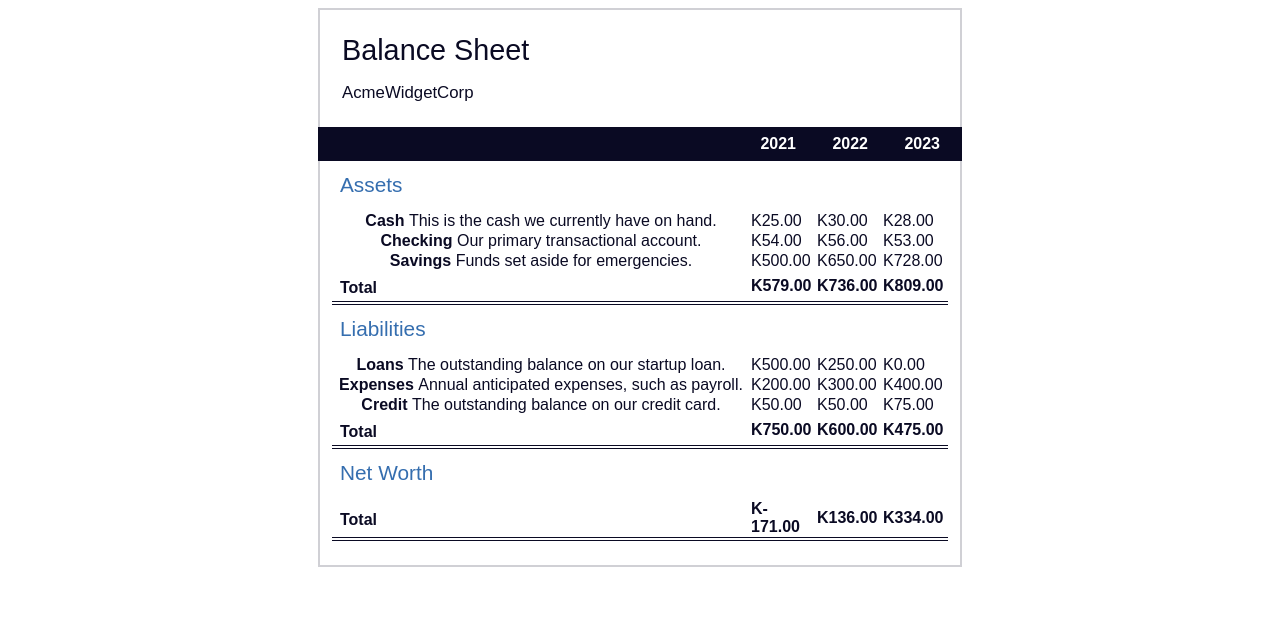
Repository: Lungdjos/balance_shee
Page: index.html
The author's editor kept a copy of each file at every save. The page is drawn from the files as they stood at one save, then again after the next save.
The browser window is 1280 px wide. The pictures show the whole page.

Above is the page before, as saved 2023-11-04 23:12:26.

### index.html
<!DOCTYPE html>
<html lang="en">

<head>
    <meta charset="UTF-8">
    <meta name="viewport" content="width=device-width, initial-scale=1.0">
    <title>Balance Sheet</title>
    <link rel="stylesheet" href="styles.css">
</head>

<body>
    <main>
        <section>
            <h1>
                <span class="flex">
                <span>AcmeWidgetCorp</span>
                <span>Balance Sheet</span>
                </span>
            </h1>
            <div id="years" aria-hidden="true">
                <span class="year">2021</span>
                <span class="year">2022</span>
                <span class="year">2023</span>
            </div>
            <div class="table-wrap">
                <table>
                    <caption>Assets</caption>
                    <thead>
                        <tr>
                            <td></td>
                            <th><span class="sr-only year">2021</span></th>
                            <th><span class="sr-only year">2022</span></th>
                            <th class="current"><span class="sr-only year">2023</span></th>
                        </tr>
                    </thead>
                    <tbody>
                        <tr class="data">
                            <th>
                                Cash <span class="description">This is the cash we currently have on hand.</span>
                            </th>
                            <td>K25.00</td>
                            <td>K30.00</td>
                            <td class="current">K28.00</td>
                        </tr>
                        <tr class="data">
                            <th>
                                Checking <span class="description">Our primary transactional account.</span>
                            </th>
                            <td>K54.00</td>
                            <td>K56.00</td>
                            <td class="current">K53.00</td>
                        </tr>
                        <tr class="data">
                            <th>
                                Savings <span class="description">Funds set aside for emergencies.</span>
                            </th>
                            <td>K500.00</td>
                            <td>K650.00</td>
                            <td class="current">K728.00</td>
                        </tr>
                        <tr class="total">
                            <th>
                                Total <span class="sr-only">Assets</span>
                            </th>
                            <td>K579.00</td>
                            <td>K736.00</td>
                            <td class="current">K809.00</td>
                        </tr>
                    </tbody>
                </table>
                <table>
                    <caption>Liabilities</caption>
                    <thead>
                        <tr>
                            <td></td>
                            <th><span class="sr-only">2021</span></th>
                            <th><span class="sr-only">2022</span></th>
                            <th><span class="sr-only">2023</span></th>
                        </tr>
                    </thead>
                    <tbody>
                        <tr class="data">
                            <th>
                                Loans <span class="description">The outstanding balance on our startup loan.</span>
                            </th>
                            <td>K500.00</td>
                            <td>K250.00</td>
                            <td class="current">K0.00</td>
                        </tr>
                        <tr class="data">
                            <th>
                                Expenses <span class="description">Annual anticipated expenses, such as payroll.</span>
                            </th>
                            <td>K200.00</td>
                            <td>K300.00</td>
                            <td class="current">K400.00</td>
                        </tr>
                        <tr class="data">
                            <th>
                                Credit <span class="description">The outstanding balance on our credit card.</span>
                            </th>
                            <td>K50.00</td>
                            <td>K50.00</td>
                            <td class="current">K75.00</td>
                        </tr>
                        <tr class="total">
                            <th>
                                Total <span class="sr-only">Liabilities</span>
                            </th>
                            <td>K750.00</td>
                            <td>K600.00</td>
                            <td class="current">K475.00</td>
                        </tr>
                    </tbody>
                </table>
                <table>
                    <caption>Net Worth</caption>
                    <thead>
                        <tr>
                            <td></td>
                            <th><span class="sr-only">2021</span></th>
                            <th><span class="sr-only">2022</span></th>
                            <th><span class="sr-only">2023</span></th>
                        </tr>
                    </thead>
                    <tbody>
                        <tr class="total">
                            <th>
                                Total <span class="sr-only">Net Worth</span>
                            </th>
                            <td>K-171.00</td>
                            <td>K136.00</td>
                            <td class="current">K334.00</td>
                        </tr>
                    </tbody>
                </table>
            </div>
        </section>
    </main>
</body>

</html>

</html>

</html>

### styles.css
    /* general styling */

    html {
        box-sizing: border-box;
    }

    body {
        font-family: sans-serif;
        color: #0a0a23;
    }

    span[class~="sr-only"] {
        border: 0 !important;
        clip: rect(1px, 1px, 1px, 1px) !important;
        clip-path: inset(50%) !important;
        width: 1px !important;
        height: 1px !important;
        overflow: hidden !important;
        white-space: nowrap !important;
        position: absolute !important;
        padding: 0 !important;
        margin: 1px !important;
    }
    /* table styling */

    h1 {
        max-width: 37.25rem;
        margin: 0 auto;
        padding: 1.5rem 1.25rem;
    }

    h1 .flex {
        display: flex;
        flex-direction: column-reverse;
        gap: 1rem;
    }

    h1 .flex span:first-of-type {
        font-size: .7em;
    }

    h1 .flex span:last-of-type {
        font-size: 1.2em;
    }

    section {
        max-width: 40rem;
        margin: 0 auto;
        border: 2px solid #d0d0d5;
    }

    #years {
        position: sticky;
        top: 0;
        display: flex;
        justify-content: flex-end;
        color: #fff;
        background: #0a0a23;
        margin: 0 -2px;
        padding: .5rem calc(1.25rem + 2px) .5rem 0;
        z-index: 999;
    }

    #years span[class] {
        font-weight: bold;
        width: 4.5rem;
        text-align: right;
    }

    .table-wrap {
        padding: 0 .75rem 1.5rem .75rem;
    }

    span {
        font-weight: normal;
    }

    table {
        border-collapse: collapse;
        border: 0;
        width: 100%;
        position: relative;
        margin-top: 3rem;
    }

    table caption {
        color: #356eaf;
        font-weight: normal;
        font-size: 1.3em;
        position: absolute;
        top: -2.25rem;
        left: .5rem;
    }

    tbody td {
        max-width: 4rem;
        min-width: 4rem;
        width: 100vw;
    }

    tbody th {
        max-width: 4rem;
        min-width: 4rem;
    }

    tr[class="total"] {
        border-bottom: 4px double #0a0a23;
        font-weight: bold;
    }

    tr[class="total"] th {
        text-align: left;
        padding: .5rem 0 .25rem .5rem
    }

After the next save:
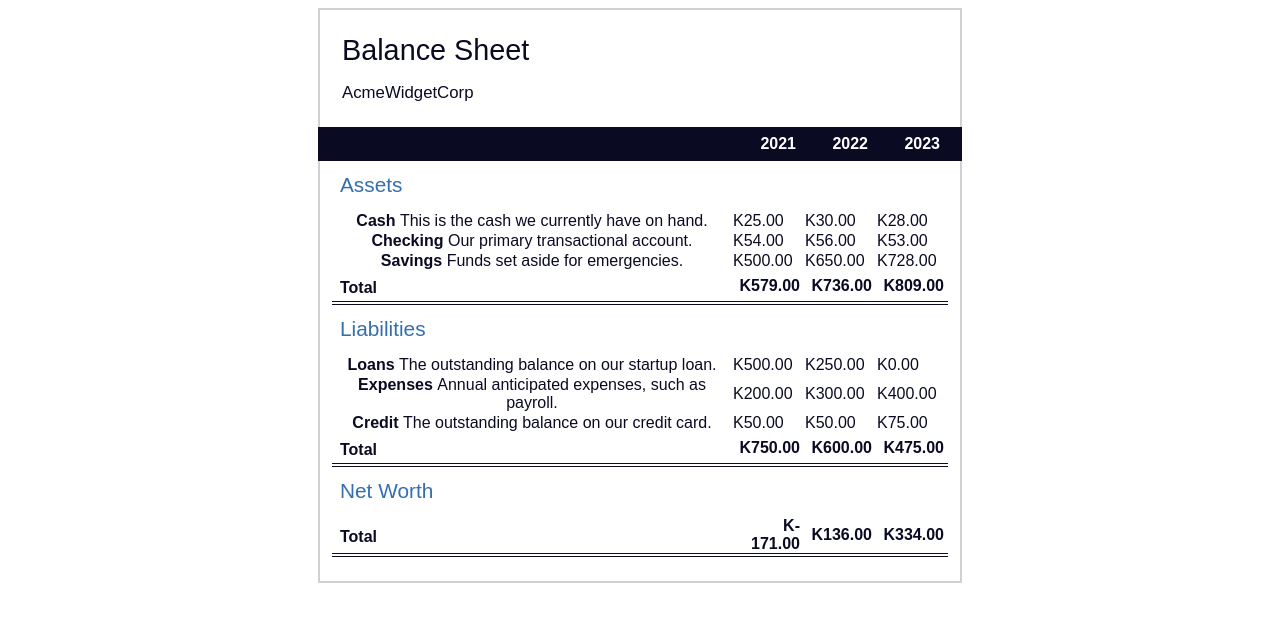
Saved 5 min 22 s later.
--- a/styles.css
+++ b/styles.css
@@ -112,3 +112,8 @@
         text-align: left;
         padding: .5rem 0 .25rem .5rem
     }
+
+    tr.total td {
+        text-align: right;
+        padding: 0 .25rem;
+    }
